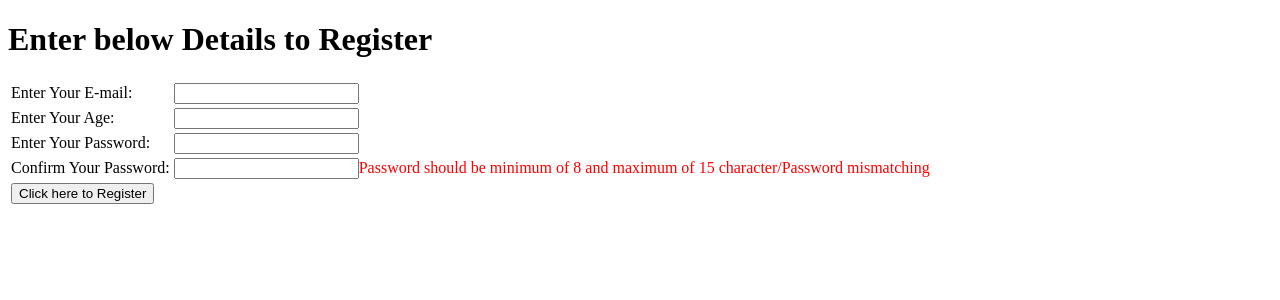
Repository: royalnavghans/JavaFullStackGit
Page: http://localhost/SpringAss2/WEB-INF/Register.jsp
These files come from the project's save history. The page is drawn as it stood at one moment and after the next save; the edit follows.
The browser window is 1280 px wide. The pictures show the whole page.
The page is served by Tomcat 9. Nobody is signed in. Other server files are loaded and not shown. The template is opened directly, without the code that normally fills it, so the values that code supplies are empty.

Above is the page before, as saved 2022-12-04 10:49:24.

### RoyalSpringProjects/RoyalSpringProjects/SpringAss2/src/main/webapp/WEB-INF/Register.jsp
<%@ page language="java" contentType="text/html; charset=ISO-8859-1"
	pageEncoding="ISO-8859-1"%>
<%@ taglib prefix="form" uri="http://www.springframework.org/tags/form"%>
<!DOCTYPE html>
<html>
<head>
<meta charset="ISO-8859-1">
<title>Insert title here</title>
</head>
<style type="text/css">
.error {
	color: red

}
.red{
color:red;}
</style>
<body>
	<h1>Enter below Details to Register</h1>
	<table>
		<tbody>
			<form:form action="validate" modelAttribute="cust">
				<tr>
					<td><form:label path="Email">Enter Your E-mail:</form:label></td>

					<td><form:input path="Email" /></td>
				</tr>
				<form:errors path="Email" cssClass="error" />
				<tr>
					<td><form:label path="Age">Enter Your Age:</form:label></td>

					<td><form:input path="Age" /></td>
				</tr>
				<form:errors path="Age" cssClass="error" />
				<tr>
					<td><form:label path="Password">Enter Your Password:</form:label></td>

					<td><form:input path="Password" /></td>
				</tr>
				<form:errors path="Password" cssClass="error" />
				<tr>
					<td><form:label path="ConfrmPassword">Confirm Your Password: </form:label></td>

					<td><form:input path="ConfrmPassword" /><span class="red">Password should be minimum of 8 and maximum of 15 character/Password mismatching</span></td>
				</tr>
				<form:errors path="ConfrmPassword" cssClass="error" />
				<tr>
					<td><input type="submit" value="Click here to Register"></td>
				</tr>
			</form:form>
		</tbody>
	</table>
</body>
</html>

After the next save:
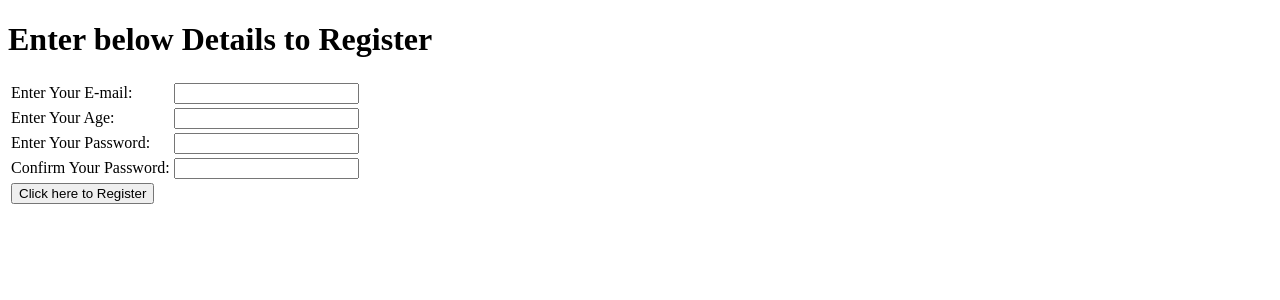
Saved 63 s later.
--- a/RoyalSpringProjects/RoyalSpringProjects/SpringAss2/src/main/webapp/WEB-INF/Register.jsp
+++ b/RoyalSpringProjects/RoyalSpringProjects/SpringAss2/src/main/webapp/WEB-INF/Register.jsp
@@ -41,7 +41,7 @@ color:red;}
 				<tr>
 					<td><form:label path="ConfrmPassword">Confirm Your Password: </form:label></td>
 
-					<td><form:input path="ConfrmPassword" /><span class="red">Password should be minimum of 8 and maximum of 15 character/Password mismatching</span></td>
+					<td><form:input path="ConfrmPassword" /></td>
 				</tr>
 				<form:errors path="ConfrmPassword" cssClass="error" />
 				<tr>
